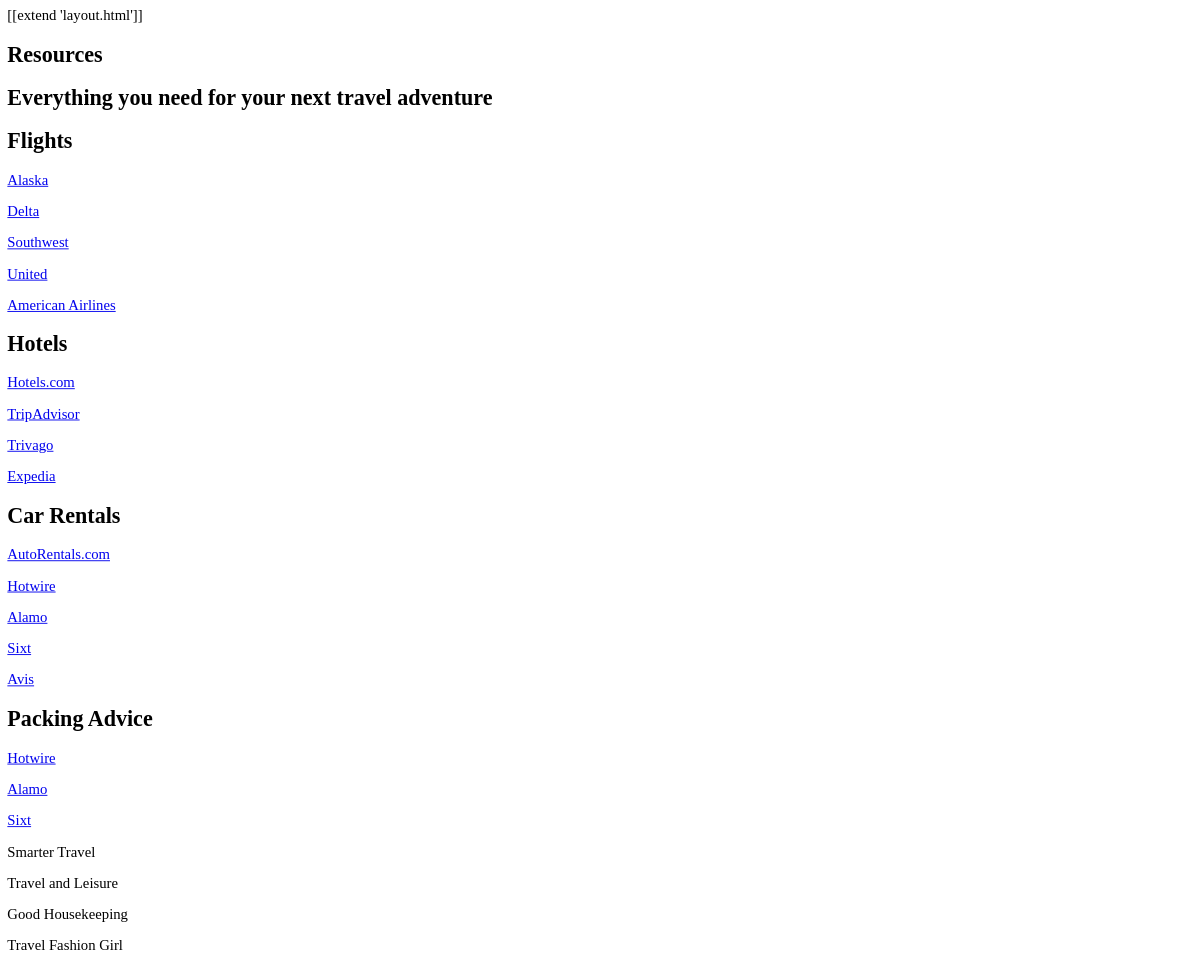
Repository: mreyeszaz/travel-tea-website
Page: templates/resources.html
The author's editor kept a copy of each file at every save. The page is drawn from the files as they stood at one save, then again after a run of saves.
The browser window is 1280 px wide. The pictures show the whole page, at 92% of full size.

Above is the page before, as saved 2021-05-29 23:08:22.

After the next 2 saves:
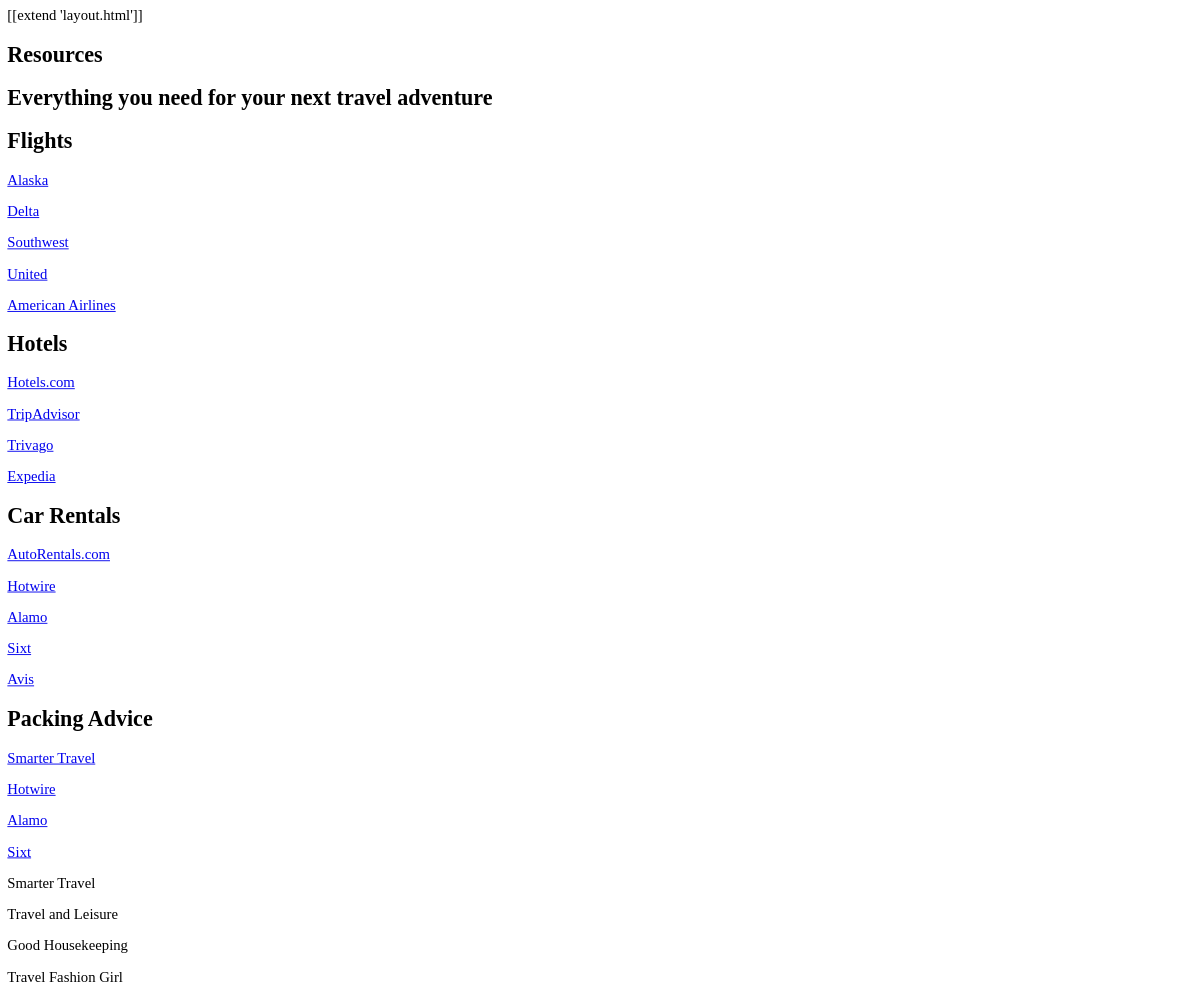
The 2 saves are shown as one change because they came seconds apart.
The last was saved 6 s later.
--- a/templates/resources.html
+++ b/templates/resources.html
@@ -37,7 +37,7 @@
 
         <div class="box">
             <h2 class="subtitle">Packing Advice</h2>
-            <a href=" https://www.autorentals.com/"><p Smarter Travel </p></a>
+            <a href=" https://www.autorentals.com/"><p> Smarter Travel </p></a>
             <a href="https://www.hotwire.com/car-rentals/"><p>Hotwire</p></a>
             <a href="https://www.alamo.com/en/home.html"><p>Alamo </p></a>
             <a href="https://www.sixt.com/#/"><p>Sixt</p></a>
